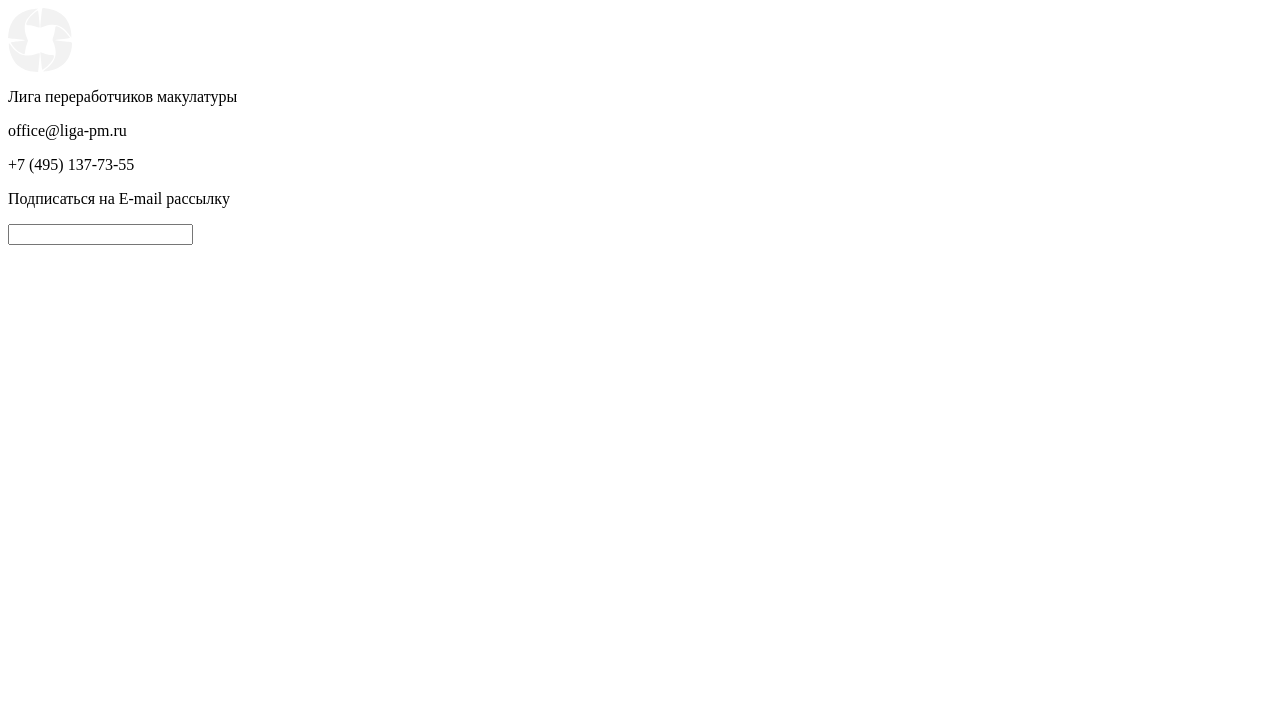
Repository: the-ASAP/League
Page: src/components/footer.html
These files come from the project's save history. The page is drawn as it stood at one moment and after the next save; the edit follows.
The browser window is 1280 px wide. The pictures show the whole page.

Above is the page before, as saved 2021-07-30 13:54:50.

### src/components/footer.html
<footer class="footer">
    <div class="footerInfo">
        <svg width="64" height="64" viewBox="0 0 64 64" fill="none" xmlns="http://www.w3.org/2000/svg">
            <path fill-rule="evenodd" clip-rule="evenodd" d="M34.0741 1.28272C33.7066 3.0425 32.3982 16.3456 32.4008 18.2987L32.4027 19.6364L36.7554 18.1543C46.6041 14.8004 54.2106 17.2554 60.5243 25.8249L63.3552 29.668L63.3474 26.8585C63.3313 20.8916 60.4379 13.3995 56.3967 8.85925C52.2426 4.19206 46.4138 1.5714 37.103 0.184709C34.6281 -0.183872 34.3605 -0.0872165 34.0741 1.28272ZM23.5987 1.23504C10.2498 3.46327 1.79976 12.4439 0.424307 25.8642L0 30.0005L2.82054 30.3806C4.37204 30.5901 7.67299 30.9361 10.1556 31.1494C18.8139 31.8943 18.9706 32.3092 10.9095 33.1405C6.71282 33.5729 3.11524 34.0916 2.91405 34.2926C2.30725 34.899 6.05314 39.8226 8.88787 42.1443C11.0674 43.9286 15.395 46.2799 16.5002 46.2799C16.6434 46.2799 16.9607 44.7727 17.2051 42.9304C17.4494 41.0888 18.1833 38.0635 18.8359 36.2083L20.0224 32.8357L18.4193 28.4424C16.2662 22.5419 16.1507 16.7135 18.1078 12.6739C19.4588 9.88509 24.9554 4.09025 28.5336 1.68223L30.1458 0.597107L28.5336 0.638347C27.647 0.661544 25.4262 0.929603 23.5987 1.23504ZM26.2767 4.97111C22.928 7.55504 21.1012 9.71046 19.2834 13.2236C17.5791 16.5163 17.8538 17.2831 20.7381 17.2831C22.1252 17.2831 25.087 17.8515 27.32 18.5461C29.5531 19.2401 31.5025 19.6866 31.6515 19.5371C32.0687 19.1202 30.3631 2.46128 29.9039 2.47287C29.6821 2.47867 28.05 3.6031 26.2767 4.97111ZM47.0664 21.2963C46.873 23.1643 46.145 26.3121 45.4492 28.2909C44.34 31.4432 44.293 32.0973 45.07 33.58C45.5581 34.5104 46.4177 37.0673 46.98 39.262C49.0506 47.3373 46.4325 54.1876 39.0246 60.0778C36.8147 61.835 35.1233 63.3899 35.2665 63.533C35.4096 63.676 37.653 63.4666 40.2517 63.0677C49.6555 61.6243 57.2072 56.5422 60.7726 49.2588C62.7187 45.2817 64 40.1332 64 36.287C64 34.2849 63.8794 34.1876 60.937 33.8113C59.252 33.5961 55.4707 33.2268 52.534 32.9897C49.5968 32.7532 47.0613 32.346 46.9001 32.085C46.7388 31.8247 49.3698 31.4046 52.7468 31.1513C56.1239 30.8981 59.6106 30.4979 60.4953 30.2614L62.1035 29.8316L59.0096 25.9938C56.0955 22.3795 51.8376 19.1744 48.7766 18.2909C47.5436 17.9352 47.385 18.2142 47.0664 21.2963ZM0.805409 36.4622C0.805409 43.3061 4.89113 53.0748 9.36763 56.9346C14.2027 61.103 20.4189 63.5529 26.9215 63.8519L30.1458 64.0001L31.0556 54.814C31.556 49.7614 31.8333 45.4963 31.6727 45.3359C31.5115 45.1748 29.5531 45.6117 27.32 46.3057C17.5546 49.3432 10.0338 46.8212 3.68399 38.3799C0.92535 34.7128 0.805409 34.6329 0.805409 36.4622ZM32.6155 47.7297C32.8302 49.5907 33.2017 53.5052 33.4416 56.4287C33.6814 59.3523 34.1154 61.7448 34.4056 61.7448C34.6964 61.7448 36.4678 60.5012 38.3436 58.9811C42.2604 55.8063 45.9444 50.708 45.9444 48.4624C45.9444 47.1034 45.651 46.9243 43.4224 46.9243C42.0354 46.9243 39.0614 46.3482 36.8128 45.6439C34.5649 44.9396 32.6129 44.3597 32.4749 44.3551C32.3376 44.3506 32.4008 45.8688 32.6155 47.7297Z" fill="#F2F2F2"/>
        </svg>
        <p class="footerInfo__title">Лига переработчиков макулатуры</p>
        <p class="footerInfo__site">office@liga-pm.ru</p>
        <p class="footerInfo__site">+7 (495) 137-73-55</p>
        <form class="footerForm">
            <p class="footerForm__title">Подписаться на E-mail рассылку</p>

            <input type="text" class="footerForm__input" />
        </form>
    </div>
</footer>

After the next save:
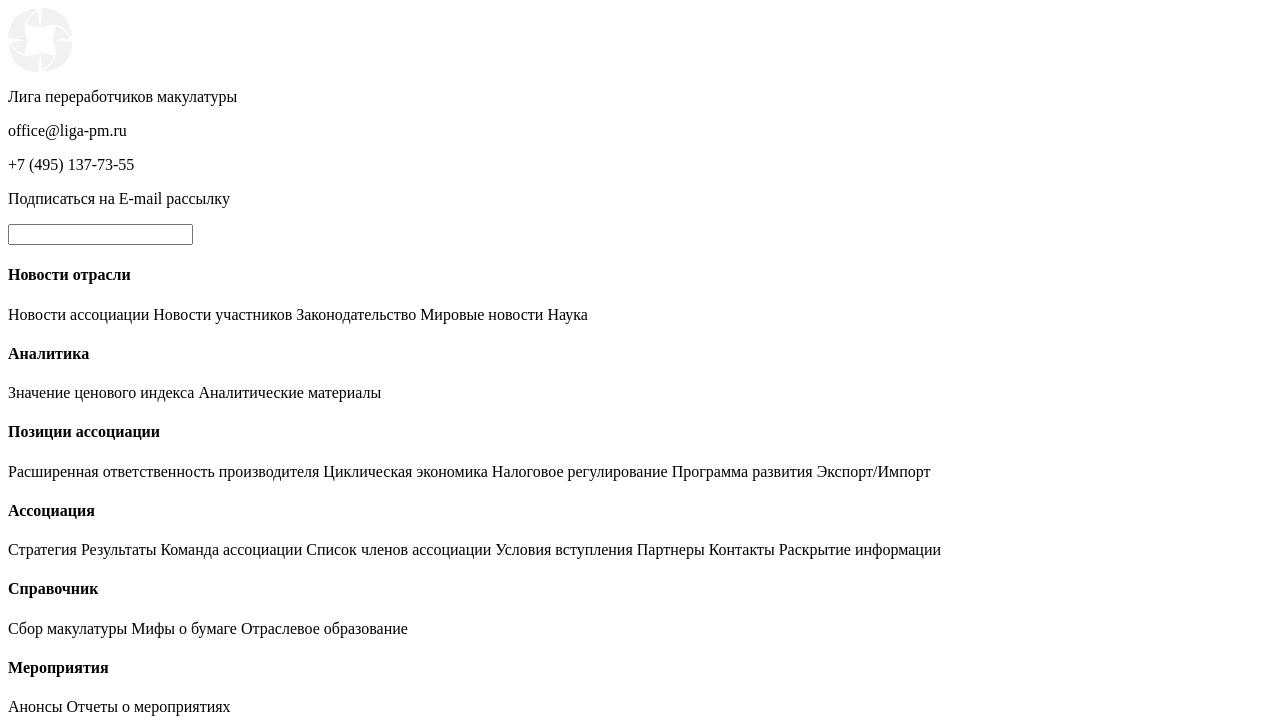
Saved 8 min 38 s later.
--- a/src/components/footer.html
+++ b/src/components/footer.html
@@ -5,11 +5,57 @@
         </svg>
         <p class="footerInfo__title">Лига переработчиков макулатуры</p>
         <p class="footerInfo__site">office@liga-pm.ru</p>
-        <p class="footerInfo__site">+7 (495) 137-73-55</p>
+        <p class="footerInfo__phone">+7 (495) 137-73-55</p>
         <form class="footerForm">
             <p class="footerForm__title">Подписаться на E-mail рассылку</p>
 
             <input type="text" class="footerForm__input" />
         </form>
     </div>
+
+    <div class="footerRefs">
+        <div class="footerRefs__column">
+            <h4 class="footerRefs__subtitle">Новости отрасли</h4>
+            <a class="footerRefs__text">Новости ассоциации</a>
+            <a class="footerRefs__text">Новости участников</a>
+            <a class="footerRefs__text">Законодательство</a>
+            <a class="footerRefs__text">Мировые новости</a>
+            <a class="footerRefs__text">Наука</a>
+        </div>
+        <div class="footerRefs__column">
+            <h4 class="footerRefs__subtitle">Аналитика</h4>
+            <a class="footerRefs__text">Значение ценового индекса</a>
+            <a class="footerRefs__text">Аналитические материалы</a>
+
+            <h4 class="footerRefs__subtitle">Позиции ассоциации</h4>
+            <a class="footerRefs__text">Расширенная ответственность производителя</a>
+            <a class="footerRefs__text">Циклическая экономика</a>
+            <a class="footerRefs__text">Налоговое регулирование</a>
+            <a class="footerRefs__text">Программа развития</a>
+            <a class="footerRefs__text">Экспорт/Импорт</a>
+        </div>
+        <div class="footerRefs__column">
+            <h4 class="footerRefs__subtitle">Ассоциация</h4>
+            <a class="footerRefs__text">Стратегия</a>
+            <a class="footerRefs__text">Результаты</a>
+            <a class="footerRefs__text">Команда ассоциации</a>
+            <a class="footerRefs__text">Список членов ассоциации</a>
+            <a class="footerRefs__text">Условия вступления</a>
+            <a class="footerRefs__text">Партнеры</a>
+            <a class="footerRefs__text">Контакты</a>
+            <a class="footerRefs__text">Раскрытие информации</a>
+
+        </div>
+        <div class="footerRefs__column">
+            <h4 class="footerRefs__subtitle">Справочник</h4>
+            <a class="footerRefs__text">Сбор макулатуры</a>
+            <a class="footerRefs__text">Мифы о бумаге</a>
+            <a class="footerRefs__text">Отраслевое образование</a>
+
+            <h4 class="footerRefs__subtitle">Мероприятия</h4>
+            <a class="footerRefs__text">Анонсы</a>
+            <a class="footerRefs__text">Отчеты о мероприятиях</a>
+        </div>
+    </div>
+
 </footer>
